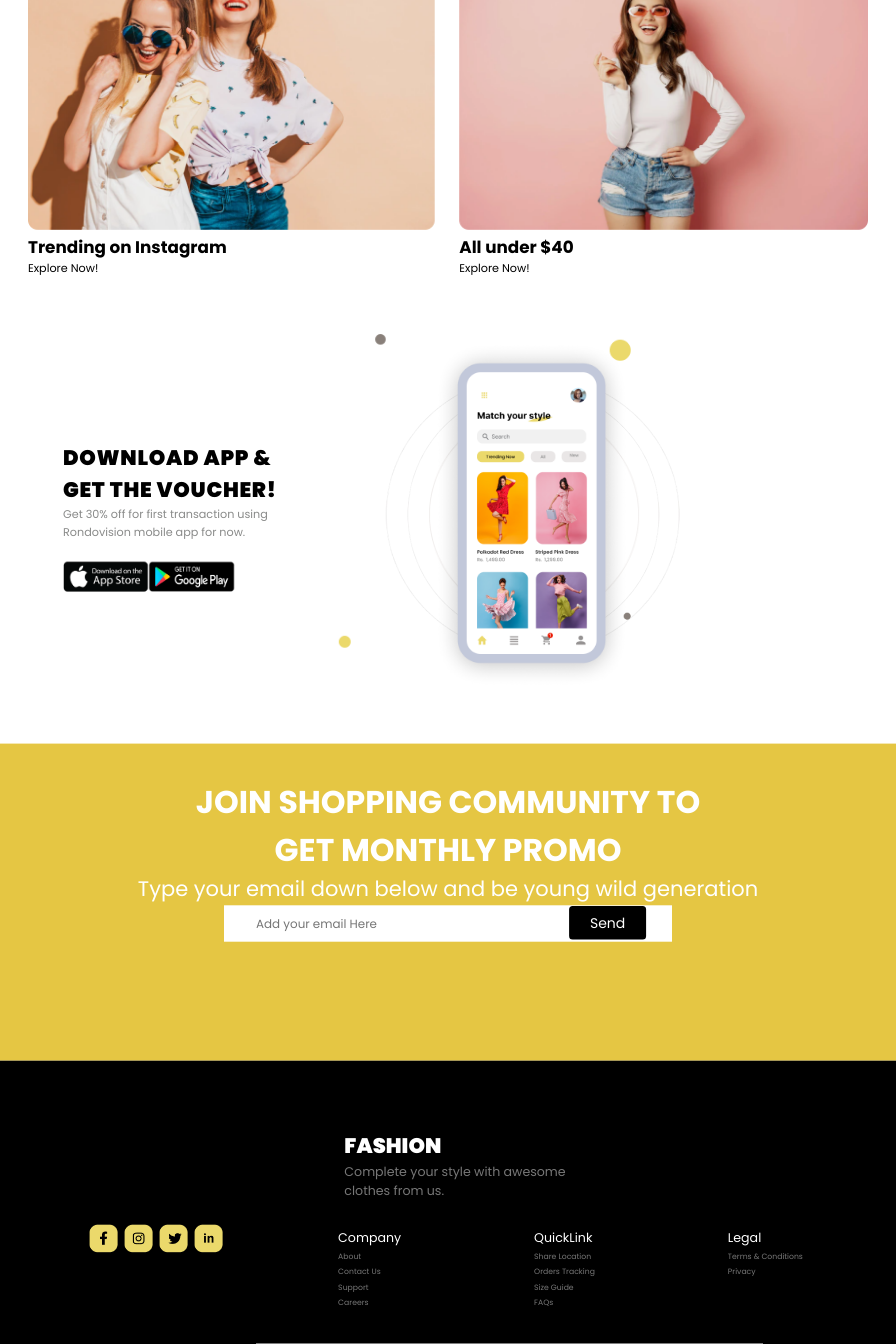
Repository: isaacCodes1/FashionWebsite
Page: index.html
The author's editor kept a copy of each file at every save. The page is drawn from the files as they stood at one save, then again after the next save.
The browser window is 1280 px wide. The pictures show the part of the page from y = 2505 to 4425 px (the page is 4425 px tall), at 70% of full size.

Above is the page before, as saved 2024-03-14 10:43:48.

### index.html
<!DOCTYPE html>
<html lang="en">
  <head>
    <meta charset="UTF-8" />
    <meta name="viewport" content="width=device-width, initial-scale=1.0" />
    <title>Shopping Site Assignment</title>
    <link rel="stylesheet" href="style.css" />
  </head>
  <body>
    <header>
      <nav>
        <!--------- NavItems ------->
        <div class="image">
          <a href="#"><img src="/Assets/Vector (3).png" />FASHION</a>
        </div>
        <div class="navItems">
          <ul>
            <li><a href="#">CATALOGUE</a></li>
            <li><a href="#">FASHION</a></li>
            <li><a href="#">FAVORITE</a></li>
            <li><a href="#">LIFESTYLE</a></li>
          </ul>
          <button>SIGN UP</button>
        </div>
      </nav>
    </header>
    <main>
      <!------- FirstPage ------>
      <section class="firstPageCont">
        <div class="FirstPage">
          <div class="txtCont">
            <h1>
              <span class="spn1">LET'S <br /></span>EXPLORE <br />
              <span class="spn2">UNIQUE <br /></span>CLOTHES.
            </h1>
            <p>Live for Influential and Innovative fashion!</p>
            <div class="txtBtn">
              <img src="/Assets/Vector 9.png" alt="" />
              <button class="btns">Shop Now</button>
            </div>
          </div>
          <div class="imgCont">
            <div class="star1"><img src="/Assets/Star 11.png" alt="" /></div>
            <div class="star2"><img src="/Assets/Star 11.png" alt="" /></div>
            <div class="star3"><img src="/Assets/Star 11.png" alt="" /></div>
            <div class="star4"><img src="/Assets/Star 11.png" alt="" /></div>
            <img src="/Assets/girl.png" alt="" />
          </div>
        </div>
      </section>
      <!------ Logos ------->
      <section class="firstPageFooter">
        <div class="logoCont">
          <img src="/Assets/HM.png" alt="" />
          <img src="/Assets/Obey.png" alt="" />
          <img src="/Assets/Shopify.png" alt="" />
          <img src="/Assets/Lacoste.png" alt="" />
          <img src="/Assets/Levis.png" alt="" />
          <img src="/Assets/Amazon.png" alt="" />
        </div>
      </section>
      <section class="nextPageCont">
        <div class="nextPageText">
          <h1>NEW ARRIVALS</h1>
          <img src="/Assets/Vector 9.png" alt="" />
        </div>
        <div class="prettyImages">
          <div class="Images">
            <div class="prettyImg">
              <img src="/Assets/image1.png" alt="" />
            </div>
            <div class="prettyText">
              <div class="txtIcon">
                <h1>Hoodies & Sweatshirt</h1>
                <p>Explore Now!</p>
              </div>
              <div class="icons"></div>
            </div>
          </div>
          <div class="Images">
            <div class="prettyImg">
              <img src="/Assets/image2.png" alt="" />
            </div>
            <div class="prettyText">
              <div class="txtIcon">
                <h1>Coats & Parkas</h1>
                <p>Explore Now!</p>
              </div>
              <div class="icons"></div>
            </div>
          </div>
          <div class="Images">
            <div class="prettyImg">
              <img src="/Assets/image3.png" alt="" />
            </div>
            <div class="prettyText">
              <div class="txtIcon">
                <h1>Tees & T-Shirt</h1>
                <p>Explore Now!</p>
              </div>
              <div class="icons"></div>
            </div>
          </div>
        </div>
      </section>
      <section class="payDay">
        <div class="genDiv">
          <div class="yellowImg">
            <img src="/Assets/image 12.png" alt="" />
          </div>
          <div class="yellowTxt">
            <h1><span class="spn3">PAYDAY</span>SALE NOW</h1>
            <p>
              Spend minimal $100 get 30% off <br />voucher code for your next
              purchase
            </p>
            <p><strong>1 June -10 June 2021</strong></p>
            <p class="para">*Terms &Conditions apply</p>
            <button class="btn">SHOP NOW</button>
          </div>
        </div>
      </section>
      <!--------   Images   ------->
      <section class="nextPageCont">
        <div class="nextPageText">
          <h1>Young's Favorite.</h1>
          <img class="vector" src="/Assets/Vector 9.png" alt="" />
        </div>
        <div class="prettyImages">
          <div class="Images">
            <div class="prettyImg">
              <img src="/Assets/Girls.png" alt="" />
            </div>
            <div class="prettyText">
              <div class="txtIcon">
                <h1>Trending on Instagram</h1>
                <p>Explore Now!</p>
              </div>
              <div class="icons"></div>
            </div>
          </div>

          <div class="Images">
            <div class="prettyImg">
              <img src="/Assets/Rectangle 49.png" alt="" />
            </div>
            <div class="prettyText">
              <div class="txtIcon">
                <h1>All under $40</h1>
                <p>Explore Now!</p>
              </div>
              <div class="icons"></div>
            </div>
          </div>
        </div>
      </section>
      <!---- Apps----->
      <section class="nextPageCont2">
        <div class="nextPageText2">
          <h1>DOWNLOAD APP & <br />GET THE VOUCHER!</h1>
          <p>
            Get 30% off for first transaction using <br />Rondovision mobile app
            for now.
          </p>
          <div class="store">
            <img src="/Assets/Apple Store.png" alt="" />
            <img src="/Assets/Google Play.png" alt="" />
          </div>
        </div>
        <div class="Images2">
          <div class="prettyImg2">
            <img src="/Assets/Mobile app.png" alt="" />
            <div class="circle1"><img src="/Assets/circle.png" alt="" /></div>
            <div class="circley"><img src="/Assets/circle y.png" alt="" /></div>
            <div class="circleye">
              <img src="/Assets/circle y.png" alt="" />
            </div>
            <div class="circle2"><img src="/Assets/circle.png" alt="" /></div>
            <div class="bigC"><img src="/Assets/back1.png" alt="" /></div>
            <div class="largeC">
              <img src="/Assets/lagrescircle.png" alt="" />
            </div>
            <div class="largeC1">
              <img src="/Assets/lagrescircle.png" alt="" />
            </div>
          </div>
        </div>
        <div class="icons"></div>
      </section>
      <!------ Footer ------>
      <section class="footer">
        <div class="footerDiv">
          <div class="h1footer">
            <h1>
              JOIN SHOPPING COMMUNITY TO <br />
              GET MONTHLY PROMO
            </h1>
          </div>
          <div class="pFooter">
            <p>Type your email down below and be young wild generation</p>
            <div class="input">
              <input
                class="input"
                type="text"
                placeholder="Add your email Here"
              />
              <!-- <input class="inputbtn" type="button" value="SEND" /> -->
              <a href="#">Send</a>
            </div>
          </div>
        </div>
      </section>
      <section class="foot">
        <div class="footDiv">
          <div class="footTxt">
            <h1>FASHION</h1>
            <p>
              Complete your style with awesome <br />
              clothes from us.
            </p>
          </div>

          <div class="socialIcons">
            <div class="icon">
              <img src="/Assets/Facebook.png" alt="" />
            </div>
            <div class="icon">
              <img src="/Assets/Instagram.png" alt="" />
            </div>
            <div class="icon">
              <img src="/Assets/Twitter.png" alt="" />
            </div>
            <div class="icon">
              <img src="/Assets/Linkedn.png" alt="" />
            </div>
            <div class="links">
              <div class="links1">Company</div>
              <div class="links2">About</div>
              <div class="links2">Contact Us</div>
              <div class="links2">Support</div>
              <div class="links2">Careers</div>
            </div>
            <div class="links">
              <div class="links1">QuickLink</div>
              <div class="links2">Share Location</div>
              <div class="links2">Orders Tracking</div>
              <div class="links2">Size Guide</div>
              <div class="links2">FAQs</div>
            </div>
            <div class="links">
              <div class="links1">Legal</div>
              <div class="links2">Terms & Conditions</div>
              <div class="links2">Privacy</div>
            </div>
          </div>
        </div>
      </section>
    </main>
  </body>
</html>

### style.css
@import url("https://fonts.googleapis.com/css2?family=Poppins:ital,wght@0,100;0,200;0,300;0,400;0,500;0,600;0,700;0,800;0,900;1,100;1,200;1,300;1,400;1,500;1,600;1,700;1,800;1,900&display=swap");
* {
  margin: 0;
  padding: 0;
  box-sizing: border-box;
  font-family: "Poppins", sans-serif;
}
nav {
  display: flex;
  align-items: center;
  justify-content: space-between;
  width: 100%;
  padding: 20px 40px;
}
.image a {
  display: flex;
  align-items: center;
  gap: 6px;
  text-decoration: none;
  color: #000;
  font-size: 16px;
  font-weight: 900;
}
.image a img {
  width: 16%;
}
.navItems {
  display: flex;
  gap: 30px;
  align-items: center;
}
.navItems ul {
  display: flex;
  gap: 30px;
  list-style: none;
}
.navItems ul li a {
  text-decoration: none;
  color: #000;
  font-size: 16px;
  font-weight: 500;
}
.navItems ul li:hover {
  transform: scale(1.05);
  transition: 1s ease-in-out;
}
.navItems button {
  border: 0;
  background: #000;
  padding: 10px 20px;
  color: #fff;
  border-radius: 5px;
  font-size: 13px;
}
.navItems button:hover {
  transform: scale(1.05);
  transition: 1s ease-in-out;
  color: #000;
  background: rgb(137, 136, 136);
}
/* firstPageCtn */
.firstPageCont {
  padding: 20px 40px;
}
.FirstPage {
  display: flex;
  flex: 1;
  width: 100%;
  height: 90vh;
  padding: 40px 10px 0px 10px;
  border-radius: 30px;
  background: #f4f6f5;
}
.txtCont {
  display: flex;
  flex: 0.5;
  flex-direction: column;
  gap: 10px;
  padding-left: 40px;
}

.txtCont h1 {
  font-size: 64px;
  font-weight: 900;
  width: 50%;
  line-height: 75px;
}

.txtCont p {
  font-size: 20px;
}
.txtBtn {
  display: flex;
  align-items: center;
  width: 80%;
  margin-top: 10px;
  gap: 10px;
}
.btns {
  border: 0;
  background: #000;
  padding: 10px 20px;
  color: #fff;
  border-radius: 5px;
  font-size: 13px;
}
.btns:hover {
  transform: scale(1.05);
  transition: 1s ease-in-out;
  color: #000;
  background: rgb(137, 136, 136);
}
.txtBtn img {
  width: 100px;
}
.imgCont {
  flex: 0.5;
  display: flex;
  position: relative;
}
.star1 {
  position: absolute;
  top: 5px;
  left: 10px;
}
.star1 img {
  width: 30px;
}
.star2 {
  position: absolute;
  top: 20px;
  left: 450px;
}
.star2 img {
  width: 30px;
}
.star3 {
  position: absolute;
  bottom: 10px;
  left: 70px;
}
.star3 img {
  width: 30px;
}
.star4 {
  position: absolute;
  bottom: 20px;
  left: 400px;
}
.star4 img {
  width: 30px;
}
.spn1 {
  display: flex;
  align-items: center;
  background-image: url(/Assets/rectangle1.png);
  background-size: cover;
  background-repeat: no-repeat;
  width: 100%;
  padding-left: 20px;
}
.spn2 {
  background-image: url(/Assets/Rectangle2.png);
  background-size: cover;
  background-repeat: no-repeat;
  padding-right: 50px;
  padding-left: 20px;
}
/* next Page */
.firstPageFooter {
  background: #ebd96b;
  padding: 20px 30px;
  display: flex;
  align-items: center;
  justify-content: center;
}
.logoCont {
  display: flex;
  justify-content: center;
  gap: 50px;
}
.logoCont img {
  width: 7%;
}
.nextPageCont {
  margin-top: 20px;
  padding: 20px 40px;
  display: flex;
  flex-direction: column;
  gap: 55px;
  margin-bottom: 50px;
}
.nextPageText {
  position: relative;
}
.nextPageText h1 {
  font-size: 38px;
  letter-spacing: 1px;
  font-weight: 900;
}
.nextPageText img {
  position: absolute;
  bottom: 5px;
  left: 200px;
  width: 10%;
  z-index: -1;
}
.prettyImages {
  display: flex;
  gap: 35px;
}

.prettyImg img {
  width: 100%;
}
.payDay {
  background: linear-gradient(
    1.32deg,
    #e0c340 0.13%,
    #dfc23e 3.97%,
    #e1c441 7.2%,
    #e3c743 10.13%,
    #e4c542 12.98%,
    #e6c744 15.99%,
    #e7c845 19.52%,
    #e5c643 23.96%,
    #e6c945 30.43%,
    #e3c743 36.49%,
    #e9ca48 42.49%,
    #edce49 49.35%,
    #f0d44c 55.42%,
    #f4d84f 61.43%,
    #f6da52 65.74%,
    #f7db53 72.23%,
    #f9dd55 77.43%,
    #f9df56 83.84%,
    #fae157 91.52%,
    #f9df56 97.87%
  );
}
.yellowTxt {
  flex-direction: column;
  margin-bottom: 10px;
}
.yellowTxt h1 {
  font-size: 65px;
  font-weight: 900;
}
.yellowTxt p {
  font-size: 22px;
  font-weight: 500;
}

.yellowImg img {
  flex: 0.5;
  display: flex;
  width: 600px;
  position: relative;
}

.genDiv {
  display: flex;
  align-items: center;
}
.btn {
  border: 0;
  background: #000;
  padding: 15px 25px;
  color: #fff;
  border-radius: 5px;
  font-size: 18px;
  font-weight: 500;
}
.btn:hover {
  transform: scale(1.05);
  transition: 1s ease-in-out;
  color: #000;
  background: rgb(137, 136, 136);
}
.spn3 {
  display: flex;
  background-image: url(/Assets/rectangle1.png);
  background-size: cover;
  background-repeat: no-repeat;
  width: 300px;
}
.nxtSect {
  margin-top: 20px;
  padding: 20px 40px;
  display: flex;
  flex-direction: column;
  gap: 50px;
  margin-bottom: 50px;
}
.nxtSectText {
  position: relative;
}
.nxtSectText h1 {
  font-size: 38px;
  letter-spacing: 1px;
  font-weight: 900;
}
.nxtSectText img {
  position: absolute;
  bottom: 6px;
  left: 250px;
  width: 10%;
  z-index: -1;
}
.assetText {
  display: flex;
  flex-direction: column;
}

/* storeSection */
.nextPageCont1 {
  margin-top: 20px;
  padding: 20px 40px;
  display: flex;
  flex-direction: column;
  gap: 50px;
  margin-bottom: 50px;
}
.nextPageText1 {
  position: relative;
  margin-left: 70px;
}
.nextPageText1 h1 {
  font-size: 38px;
  letter-spacing: 1px;
  font-weight: 900;
}
.prettyImages1 {
  display: flex;
  gap: 35px;
}
.prettyImg1 img {
  width: 40%;
  cursor: pointer;
}
.Images2 {
  display: flex;
}
.prettyImg2 {
  position: relative;
}
.prettyImg2 img {
  width: 70;
  height: 500px;
  margin-left: 70px;
}
.nextPageCont2 {
  margin-top: 20px;
  padding: 20px 40px;
  display: flex;
  gap: 50px;
  margin-bottom: 50px;
  align-items: center;
}
.nextPageText2 {
  display: flex;
  flex-direction: column;
  margin-left: 50px;
}
.nextPageText2 p {
  margin-bottom: 30px;
  color: #898a89;
}
.nextPageText2 h1 {
  font-size: 30px;
  letter-spacing: 1px;
  font-weight: 900;
}
.nextPageText2 img {
  width: 30%;
  cursor: pointer;
  display: flex;
}
.store {
  display: flex;
}
.circle1 {
  position: absolute;
  right: 350px;
  bottom: 500px;
}
.circle1 img {
  width: 15px;
  height: 15px;
  display: flex;
}
.circley {
  position: absolute;
  right: 0;
  bottom: 470px;
}
.circley img {
  width: 30px;
  height: 30px;
}
.circleye {
  position: absolute;
  right: 400px;
  bottom: 60px;
}
.circleye img {
  width: 17px;
  height: 17px;
}
.circle2 {
  position: absolute;
  right: 0;
  bottom: 100px;
}
.circle2 img {
  width: 10px;
  height: 10px;
}
.elipses {
  position: absolute;
}
.bigC {
  position: absolute;
  right: -12px;
  bottom: 100px;
  z-index: -1;
}
.bigC img {
  width: 300px;
  height: 300px;
  background: transparent;
}

.largeC {
  position: absolute;
  right: -41px;
  bottom: 70px;
  z-index: -1;
}
.largeC img {
  width: 360px;
  height: 360px;
  /* background: transparent; */
}
.largeC1 {
  position: absolute;
  right: -70px;
  bottom: 50px;
  z-index: -1;
}
.largeC1 img {
  width: 420px;
  height: 400px;
}
.footerDiv {
  background: #e5c643;
  padding-bottom: 170px;
}
.h1footer {
  color: #fff;
  text-align: center;
  padding-top: 50px;
  font-size: 30px;
  font-weight: 1000;
}
.pFooter {
  display: flex;
  flex-direction: column;
  justify-content: center;
  align-items: center;
  text-align: center;
  color: #fff;
  font-size: 30px;
}
/* .input {
  border: 1px;
  padding: 13px 170px 13px 9px;
  border-radius: 4px;
  outline: none;
  position: relative;
  margin-bottom: 3px;
}
.inputbtn {
  background: #000;
  color: #fff;
} */
.input {
  background: #fff;
  /* display: flex;
  justify-content: ce8ter; */
  width: 50%;
}
.input input {
  background: none;
  border: 0;
  padding: 13px 0px 13px 9px;
  width: 70%;
  font-size: 17px;
  outline: 0;
}
.input a {
  font-size: 20px;
  text-decoration: 0;
  color: #fff;
  background: #000;
  padding: 10px 30px;
  border-radius: 5px;
}
.footDiv {
  background: #000;
  padding-right: 50px;
  padding-left: 70px;
  place-items: center;
}
.footTxt h1 {
  padding-top: 100px;
}
.footTxt p {
  padding-bottom: 40px;
}
.footTxt h1 {
  color: #fff;
  font-size: 30px;
  font-weight: 900;
}
.footTxt p {
  color: #777;
  font-size: 18px;
}
.socialIcons {
  display: flex;
  gap: 20px;
}

.icon {
  background: #ebd96b;
  width: 30px;
  display: flex;
  align-items: center;
  justify-content: center;
  height: 30px;
  border-radius: 8px;
}
.icon img {
  display: flex;
  align-items: center;
  width: 40px;
  place-items: center;
}
.links {
  margin-left: 150px;
  padding-right: 20px;
  margin-bottom: 50px;
}
.links1 {
  display: flex;
  flex-direction: column;
  color: #fff;
  font-size: 18px;
  margin-top: 0px;
}
.links2 {
  color: #777;
  font-size: 11px;
  padding-top: 5px;
}

After the next save:
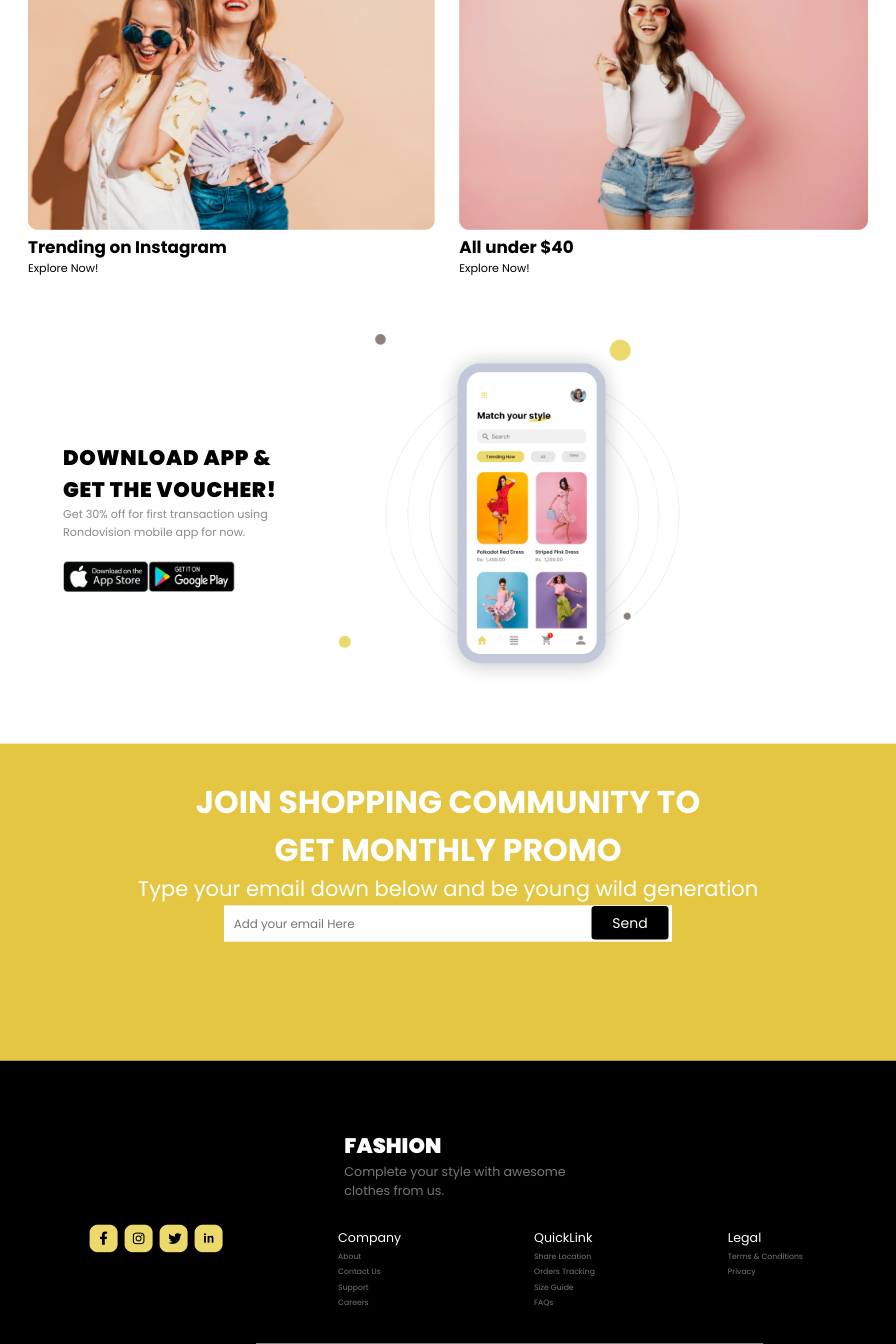
Saved 8 s later.
--- a/style.css
+++ b/style.css
@@ -487,14 +487,14 @@
 .input {
   background: #fff;
   /* display: flex;
-  justify-content: ce8ter; */
+  justify-content: center; */
   width: 50%;
 }
 .input input {
   background: none;
   border: 0;
   padding: 13px 0px 13px 9px;
-  width: 70%;
+  width: 80%;
   font-size: 17px;
   outline: 0;
 }
